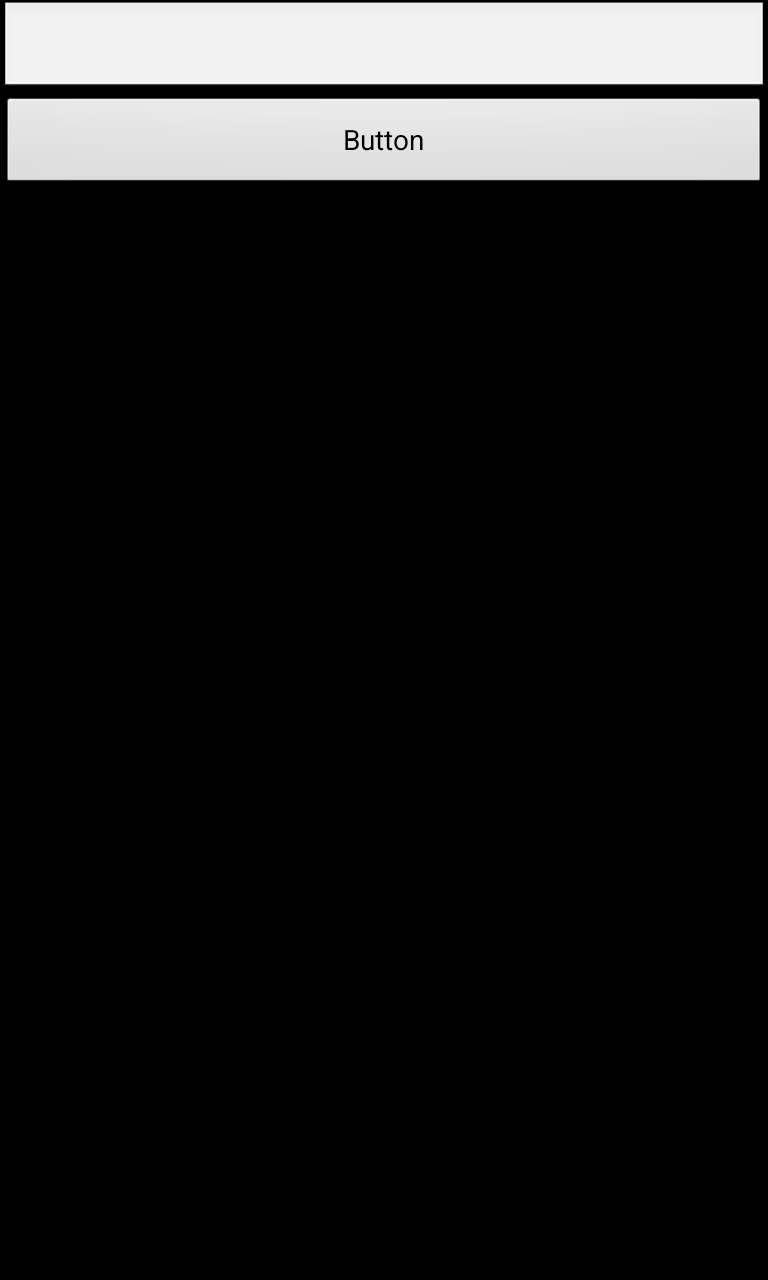
Repository: chabashilah/senstat
Layout: android/bluetooth_test/res/layout/login.xml
The author's editor kept a copy of each file at every save. The layout is drawn from the files as they stood at one save, then again after the next save.
It is drawn on a 768 x 1280 px phone screen (xhdpi) without system bars, with theme android:Theme; the app's code is not run.

Above is the layout before, as saved 2012-04-19 06:08:51.

### android/bluetooth_test/res/layout/login.xml
<?xml version="1.0" encoding="UTF-8"?>
<LinearLayout xmlns:android="http://schemas.android.com/apk/res/android"
    android:layout_width="fill_parent"
    android:layout_height="fill_parent"
    android:orientation="vertical" >

	<EditText
	    android:id="@+id/edittext"
        android:layout_width="fill_parent"
        android:layout_height="wrap_content" />

    <Button
        android:id="@+id/button"
        android:layout_width="fill_parent"
        android:layout_height="wrap_content"
        android:text="Button" />

</LinearLayout>

After the next save:
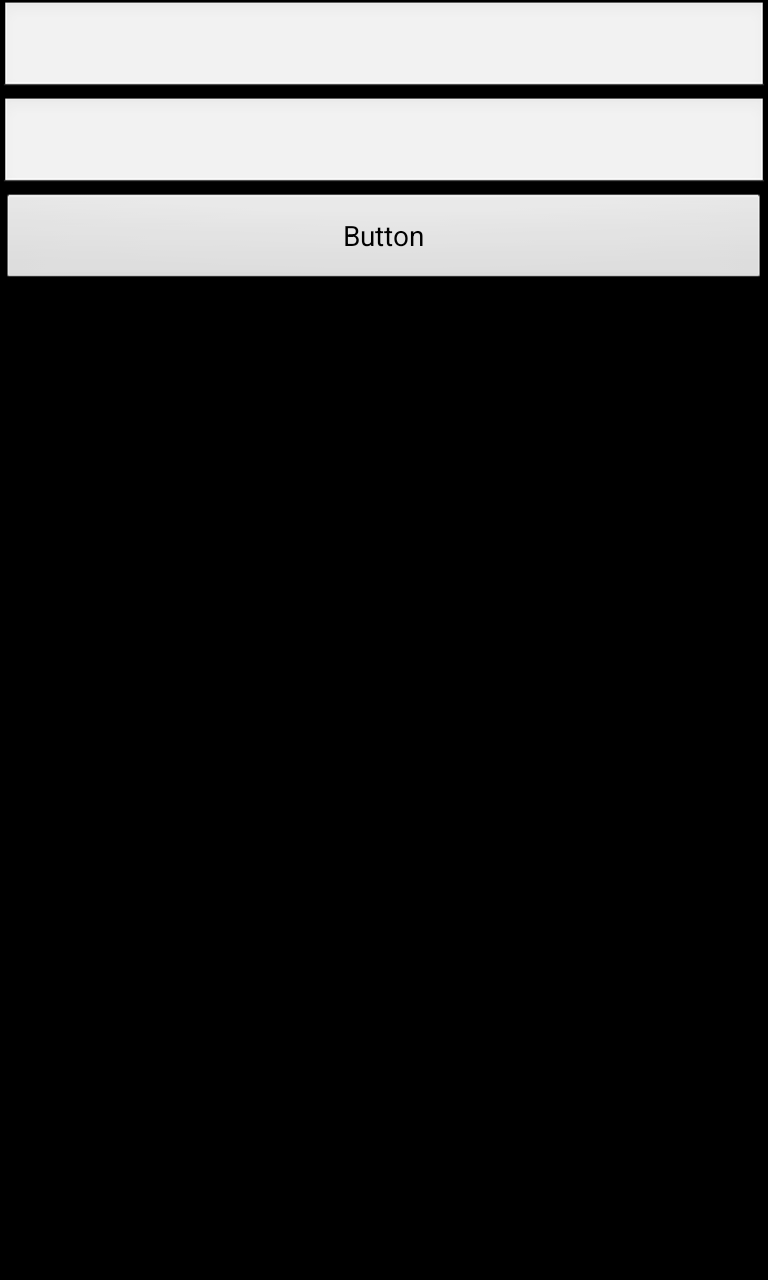
Saved 9 min 57 s later.
--- a/android/bluetooth_test/res/layout/login.xml
+++ b/android/bluetooth_test/res/layout/login.xml
@@ -5,10 +5,14 @@
     android:orientation="vertical" >
 
 	<EditText
-	    android:id="@+id/edittext"
+	    android:id="@+id/email"
         android:layout_width="fill_parent"
         android:layout_height="wrap_content" />
 
+	<EditText
+	    android:id="@+id/password"
+        android:layout_width="fill_parent"
+        android:layout_height="wrap_content" />
     <Button
         android:id="@+id/button"
         android:layout_width="fill_parent"
